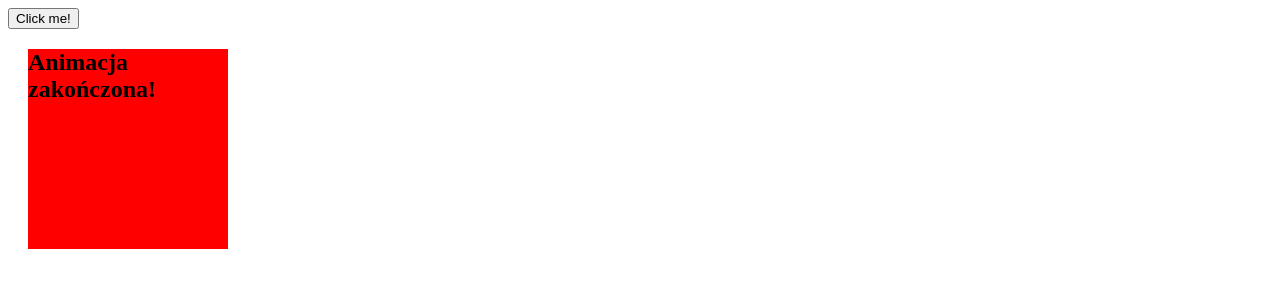
Repository: magdaf41/jQuery
Page: zadanie 3/index.html
An editor plug-in stored every save of this project. The page is shown before and after the next save, followed by the edit.
The browser window is 1280 px wide. The pictures show the whole page.

Above is the page before, as saved 2020-09-09 22:52:38.

### zadanie 3/index.html
<!DOCTYPE html>
<html lang="en">
<head>
    <meta charset="UTF-8">
    <meta name="viewport" content="width=device-width, initial-scale=1.0">
    <title>Animacja</title>
    <link rel="stylesheet" href="css/style.css">
</head>
<body>
    <button>Click me!</button>

    <div id="square">
      <h2 id="text-end">Animacja zakończona!</h2>
    </div>
    <script src="js/jquery-3.5.1.min.js"></script>
    <script src="js/main.js"></script>

</body>
</html>

### zadanie 3/css/style.css
#square {
    height: 200px;
    width: 200px;
    background-color: red;
    margin: 20px;
}

### zadanie 3/js/main.js
$(document).ready(function() {
    animateSquare();
  })

  function animateSquare() {
    $('button').click(function() {
      $('#square').animate({
        'height' : '100px',
        'width' : '100px',
        'left' : '100px',
      }, 3000, function (){
         $('#square').animate({
           'backgroundColor' : '#0000ff'}, 5000, function () {
                $('#square').find('#text-end').animate({
                  'opacity' : '1'});
           });
      });
      });
  }

Loaded but not shown: zadanie 3/js/jquery-3.5.1.min.js (library)

After the next save:
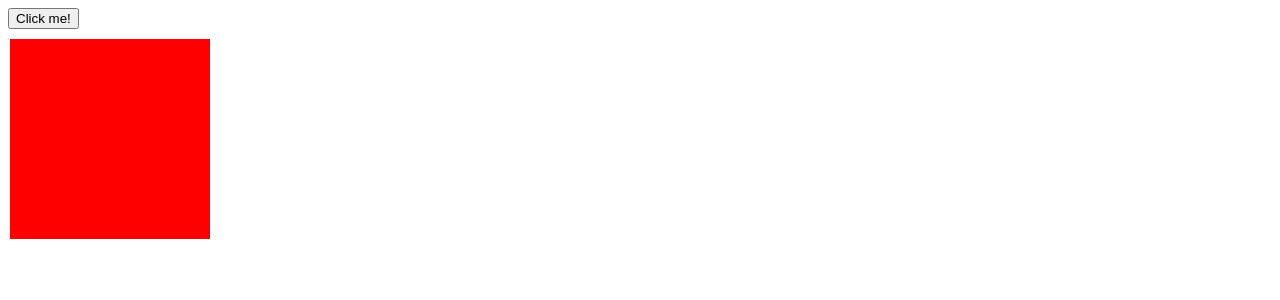
Saved 12 s later.
--- a/zadanie 3/css/style.css
+++ b/zadanie 3/css/style.css
@@ -1,6 +1,15 @@
 #square {
+    width: 200px;
     height: 200px;
-    width: 200px;
     background-color: red;
-    margin: 20px;
-}
+    position: absolute;
+    left: 10px;
+    margin-top: 10px;
+    text-align: center;
+    color: yellow;
+  }
+
+  #text-end {
+    opacity: 0;
+    font-size: 18px;
+  }
